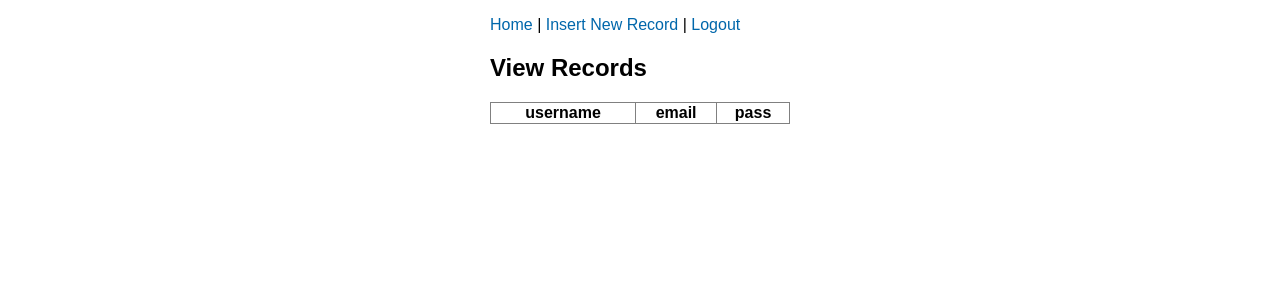
Repository: vamshitriffil/triffil
Page: tri1/Ui/WebContent/view.html
These files come from the project's save history. The page is drawn as it stood at one moment and after the next save; the edit follows.
The browser window is 1280 px wide. The pictures show the whole page.

Above is the page before, as saved 2017-10-04 11:24:37.

### tri1/Ui/WebContent/view.html
<!DOCTYPE html>
<html>
<head>
<meta charset="utf-8">
<title>View Records</title>
<link rel="stylesheet" href="style.css" />
</head>
<body>
<form action="Views" method="post">
<div class="form">
<p><a href="index.html">Home</a> | <a href="insert.html">Insert New Record</a> | <a href="logout.html">Logout</a></p>
<form action="Views" method="post">
<h2>View Records</h2>
<table width="100%" border="1" style="border-collapse:collapse;">

<tr><th>username</th><th>email</th><th>pass</th></tr>

<tbody>

</tbody>
</table>

<br /><br /><br /><br />

</div>
</body>
</html>

### tri1/Ui/WebContent/style.css
@CHARSET "UTF-8";

body {font-family:Arial, Sans-Serif;}
.clearfix:before, .clearfix:after { content: ""; display: table; }
.clearfix:after { clear: both; }
a {color:#0067ab; text-decoration:none;}
a:hover {text-decoration:underline;}
.form{width: 300px; margin: 0 auto;}
input[type='text'], input[type='email'], input[type='password'] {width: 200px; border-radius: 2px;border: 1px solid #CCC; padding: 10px; color: #333; font-size: 14px; margin-top: 10px;}
input[type='submit']{padding: 10px 25px 8px; color: #fff; background-color: #0067ab; text-shadow: rgba(0,0,0,0.24) 0 1px 0; font-size: 16px; box-shadow: rgba(255,255,255,0.24) 0 2px 0 0 inset,#fff 0 1px 0 0; border: 1px solid #0164a5; border-radius: 2px; margin-top: 10px; cursor:pointer;}
input[type='submit']:hover {background-color: #024978;}

After the next save:
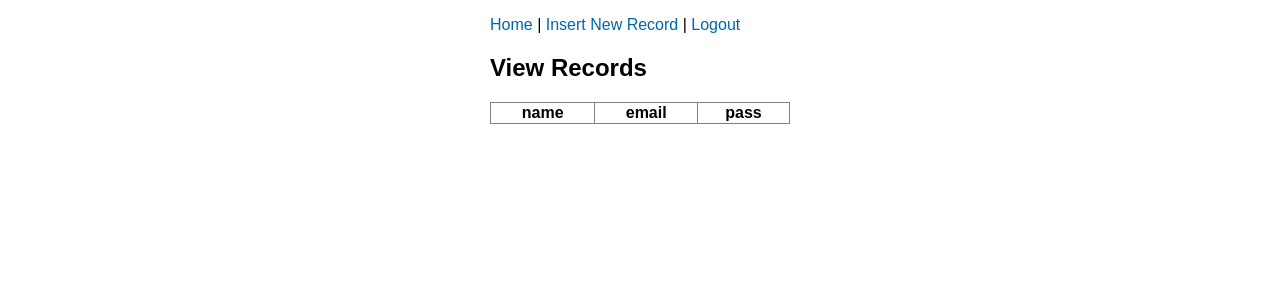
Saved 21 s later.
--- a/tri1/Ui/WebContent/view.html
+++ b/tri1/Ui/WebContent/view.html
@@ -13,7 +13,7 @@
 <h2>View Records</h2>
 <table width="100%" border="1" style="border-collapse:collapse;">
 
-<tr><th>username</th><th>email</th><th>pass</th></tr>
+<tr><th>name</th><th>email</th><th>pass</th></tr>
 
 <tbody>
 
